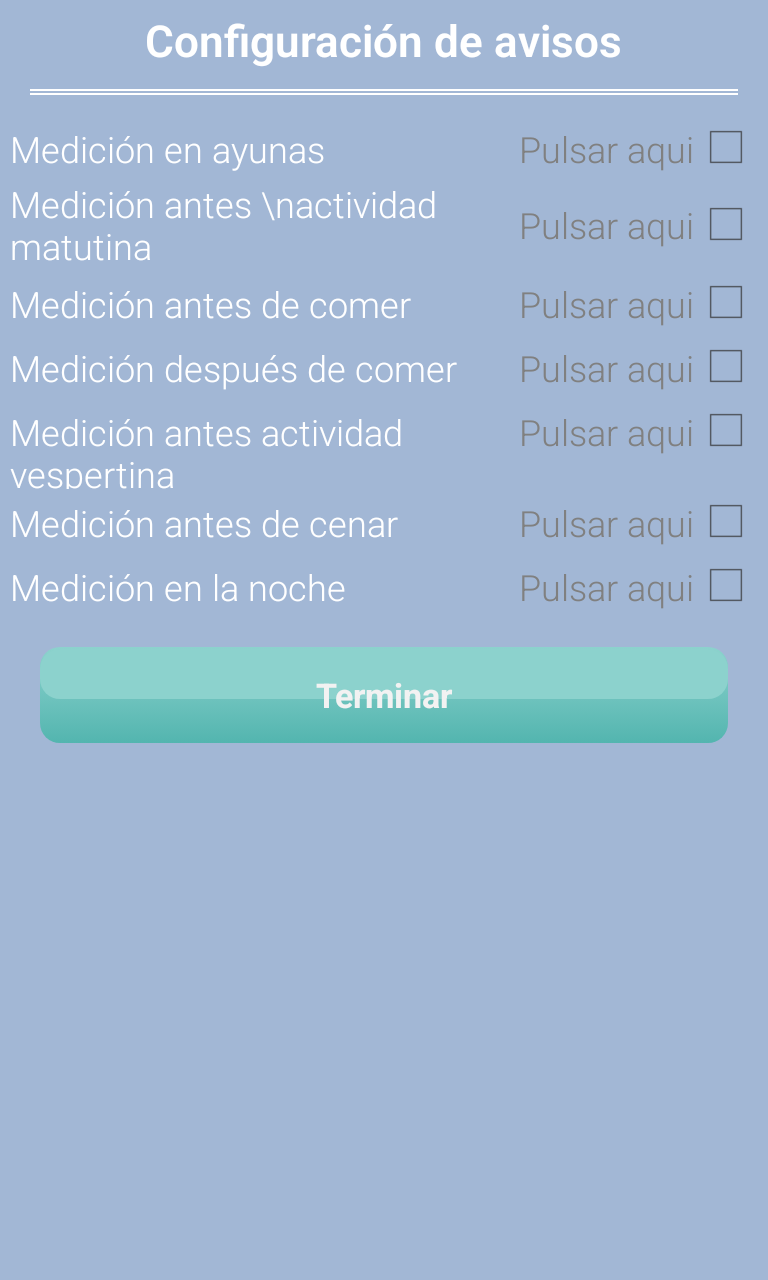
Repository: HectorGarciaMiguel/ssii-diabetes-060036
Layout: SeguimientoDiabetes/res/layout/activity_configuracion4.xml
These files come from the project's save history. The layout is drawn as it stood at one moment and after the next save; the edit follows.
It is drawn on a 768 x 1280 px phone screen (xhdpi) without system bars, with theme AppTheme; the app's code is not run.

Above is the layout before, as saved 2015-11-20 09:47:37.

After the next save:
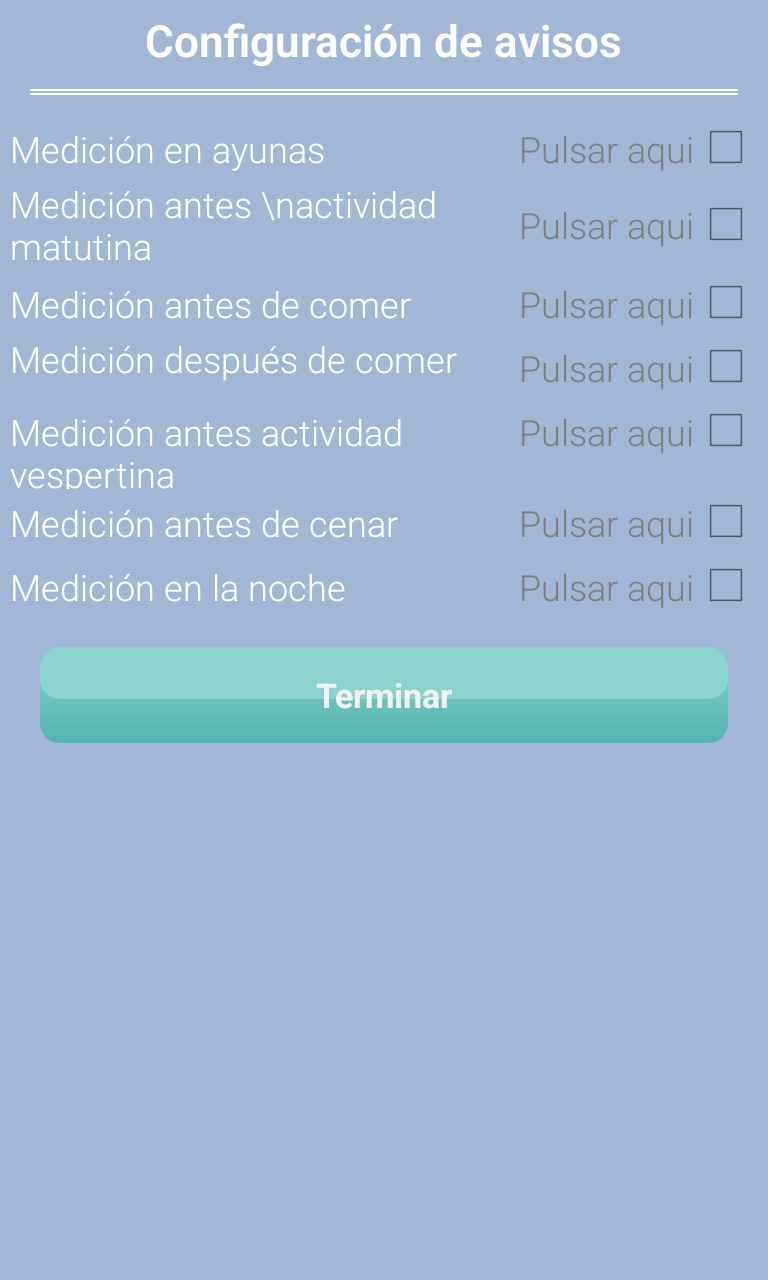
Saved 47 s later.
--- a/SeguimientoDiabetes/res/layout/activity_configuracion4.xml
+++ b/SeguimientoDiabetes/res/layout/activity_configuracion4.xml
@@ -125,13 +125,13 @@
 
     <TableRow
         android:layout_width="fill_parent"
-        android:layout_height="wrap_content"
+        android:layout_height="fill_parent"
         android:layout_gravity="center">
 
         <TextView
             android:id="@+id/TextView02"
             android:layout_width="wrap_content"
-            android:layout_height="wrap_content"
+            android:layout_height="fill_parent"
             android:text="Medición después de comer" />
 
         <TextView

After the save that followed:
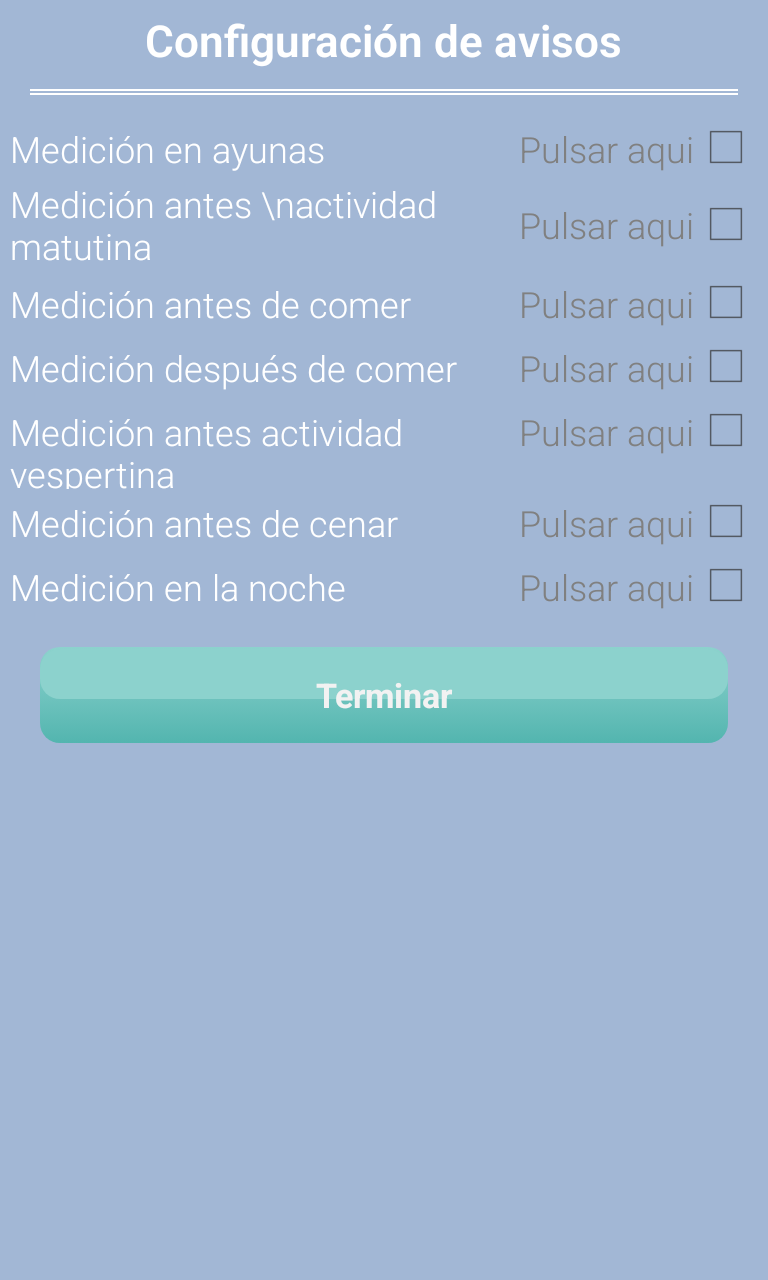
Saved 15 s later.
--- a/SeguimientoDiabetes/res/layout/activity_configuracion4.xml
+++ b/SeguimientoDiabetes/res/layout/activity_configuracion4.xml
@@ -125,13 +125,13 @@
 
     <TableRow
         android:layout_width="fill_parent"
-        android:layout_height="fill_parent"
+        android:layout_height="wrap_content"
         android:layout_gravity="center">
 
         <TextView
             android:id="@+id/TextView02"
             android:layout_width="wrap_content"
-            android:layout_height="fill_parent"
+            android:layout_height="wrap_content"
             android:text="Medición después de comer" />
 
         <TextView
